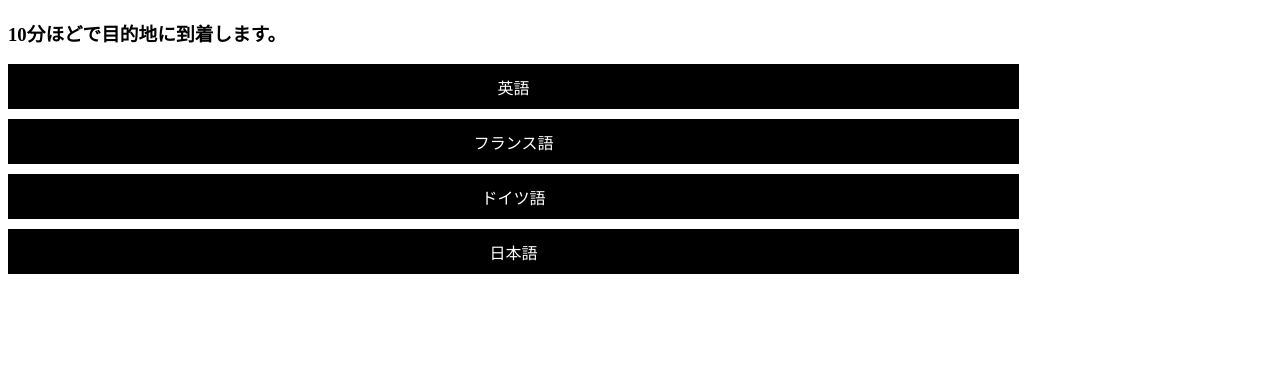
Repository: MBR3/MBR3.github.io
Page: index.html
An editor plug-in stored every save of this project. The page is shown before and after the next save, followed by the edit.
The browser window is 1280 px wide. The pictures show the whole page.

Above is the page before, as saved 2022-10-22 12:46:51.

After the next save:
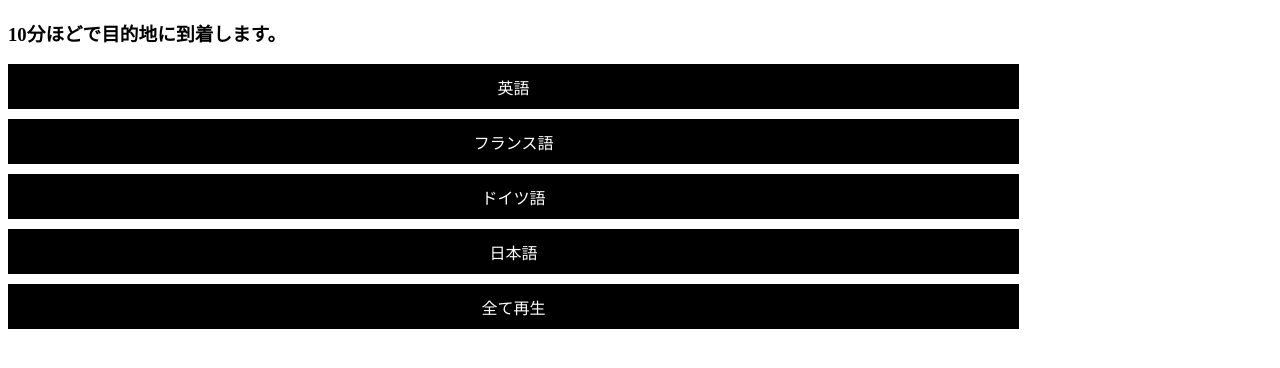
Saved 3 min 32 s later.
--- a/index.html
+++ b/index.html
@@ -28,5 +28,10 @@
         <audio id="jpn_btn_audio">
             <source src="./audio/japanese-10.mp3" type="audio/mp3">
         </audio>
+
+        <div class="btn" onclick="jpn_audio()">全て再生</div>
+        <audio id="jpn_btn_audio">
+            <source src="./audio/japanese-10.mp3" type="audio/mp3">
+        </audio>
     </body>
 </html>
